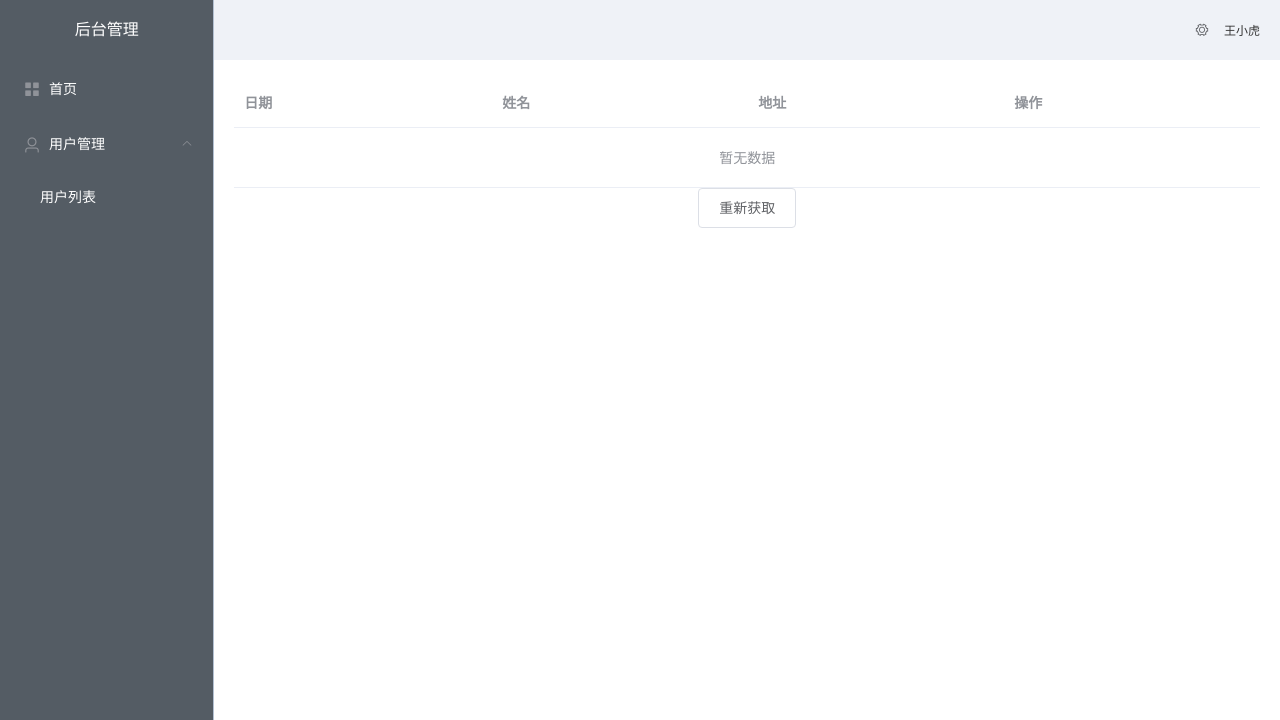
Repository: cmw520520/admin_vue
Page: /#/user/userlist
These files come from the project's save history. The page is drawn as it stood at one moment and after the next save; the edit follows.
The browser window is 1280 px wide. The pictures show the whole page.
The page's requests for data from a server got no answer. The project was rebuilt for these pictures with package versions that can differ from the ones it lists, and the page was loaded fresh each time. No one was signed in, and anything a server would have sent is missing. Also part of the build but not shown: src/page/home/Home.vue, example/Echart.vue.

Above is the page before, as saved 2019-07-03 09:37:39.

After the next save:
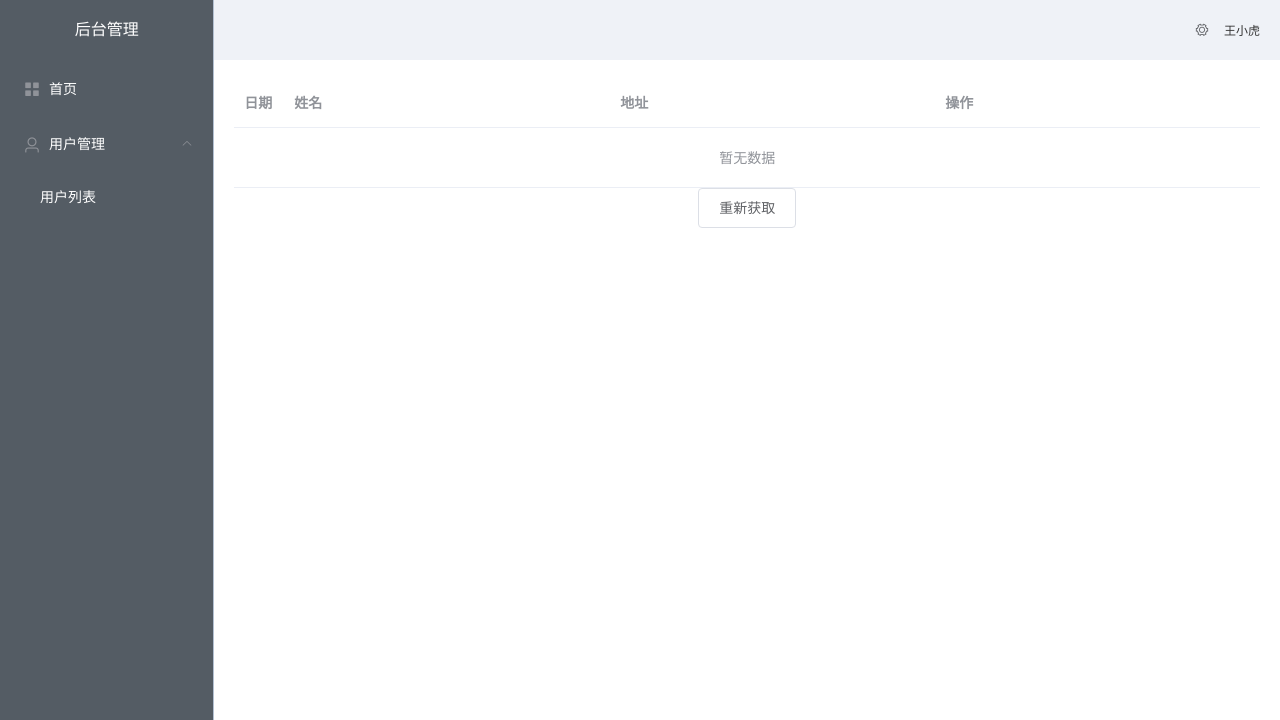
Saved 3 min 11 s later.
--- a/src/page/user/UserList.vue
+++ b/src/page/user/UserList.vue
@@ -2,7 +2,7 @@
     <el-row>
       <el-col>
         <el-table v-if="userList" :data="userList" style="width:100%;">
-            <el-table-column prop="date" label="日期"></el-table-column>
+            <el-table-column prop="date" label="日期" width="50px"></el-table-column>
             <el-table-column prop="name" label="姓名"></el-table-column>
             <el-table-column prop="address" label="地址"></el-table-column>
             <el-table-column label="操作">
